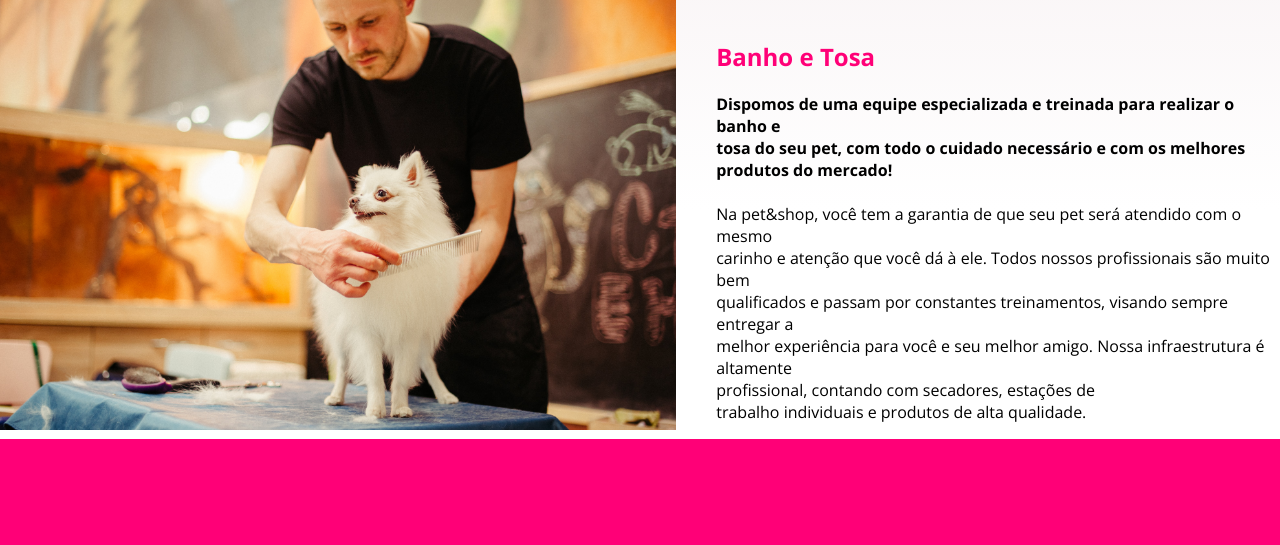
Repository: Carolden/ProhetoPetShop
Page: servicos.html
These files come from the project's save history. The page is drawn as it stood at one moment and after the next save; the edit follows.
The browser window is 1280 px wide. The pictures show the part of the page from y = 270 to 815 px (the page is 1484 px tall before and 1480 px after).
A picture or video elsewhere on the page could not be fetched, so the positions and the page height are approximate.

Above is the page before, as saved 2023-05-02 08:51:02.

After the next save:
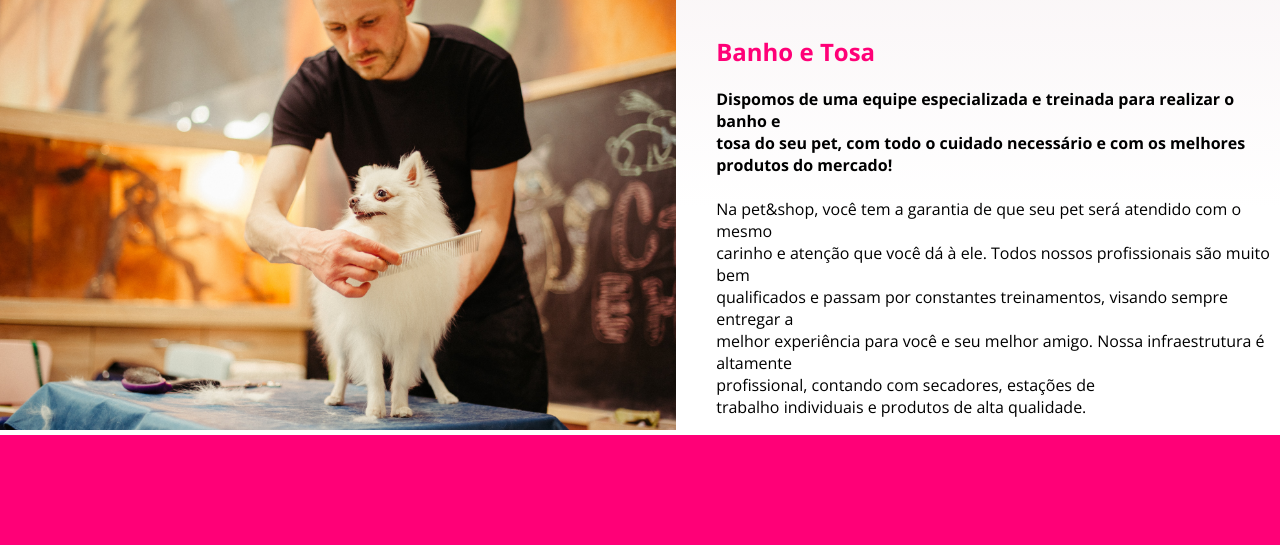
Saved 11 s later.
--- a/servicos.css
+++ b/servicos.css
@@ -67,7 +67,7 @@
 
 .column-text {
     padding-left: 40px;
-    padding-top: 40px;
+    padding-top: 35px;
 }
 
 
